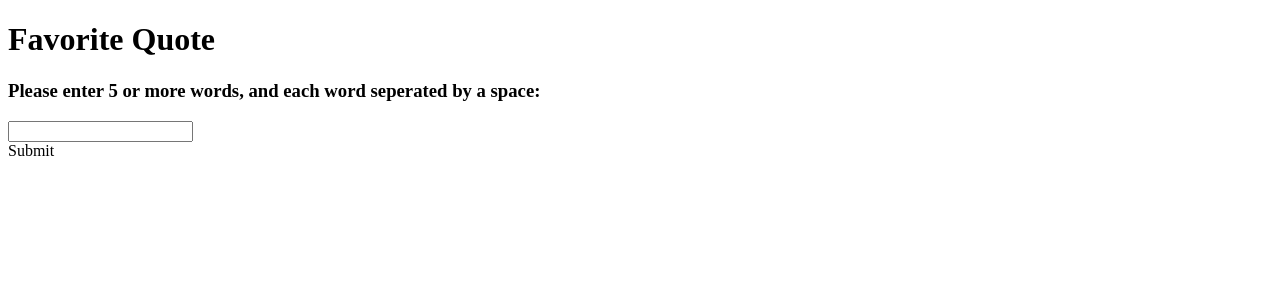
Repository: Lpanglb/COSW30
Page: Homework/HW4/quote.html
The author's editor kept a record of every edit. The page is drawn from the files as they stood at one moment, then again after the next edit.
The browser window is 1280 px wide. The pictures show the whole page.

Above is the page before.

### Homework/HW4/quote.html
<!DOCTYPE html>

<html>
    <head>

        <title>Quote asking</title>

    </head>

    <body>

        <h1>Favorite Quote</h1>

        <form action = "quote_process.php" method = "POST">
            <labe for = "input phrase"><h3>Please enter 5 or more words, and each word seperated by a space:</h3></labe>
            <input type = "text" id= "phrase" name = "phrase" required><br>
            <submit>Submit</submit>



        </form>




    </body>



</html>

After the next edit:
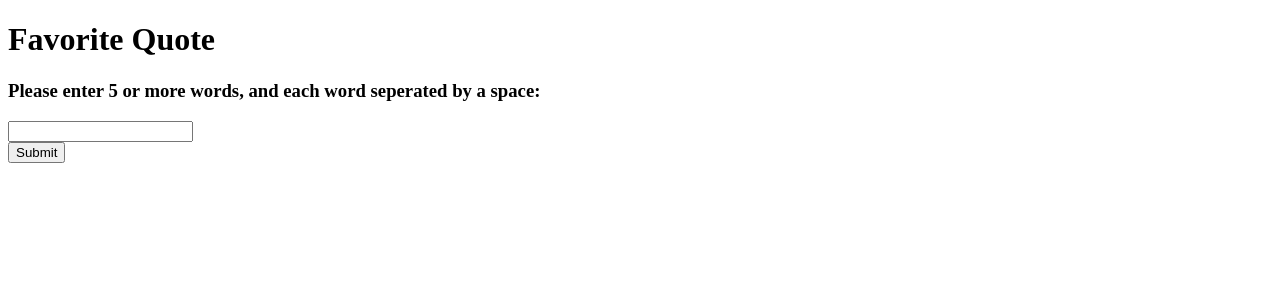
The edit:
--- a/Homework/HW4/quote.html
+++ b/Homework/HW4/quote.html
@@ -14,9 +14,7 @@
         <form action = "quote_process.php" method = "POST">
             <labe for = "input phrase"><h3>Please enter 5 or more words, and each word seperated by a space:</h3></labe>
             <input type = "text" id= "phrase" name = "phrase" required><br>
-            <submit>Submit</submit>
-
-
+            <button>Submit</button>
 
         </form>
 
